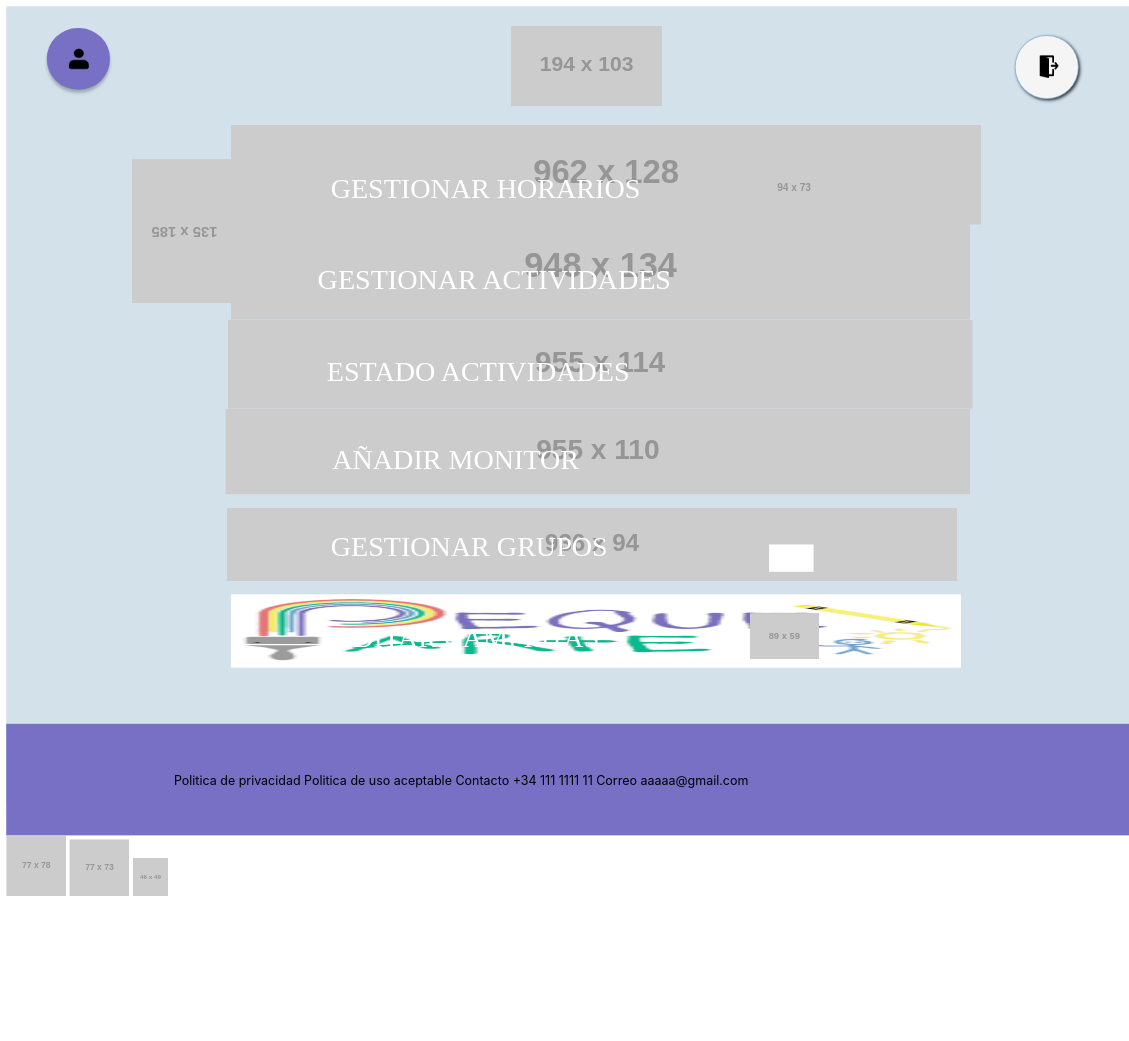
Repository: maariadomiingo/Proyecto-Integrador-Campamento
Page: html/interfaz_coordinador.html
An editor plug-in stored every save of this project. The page is shown before and after the next save, followed by the edit.
The browser window is 1280 px wide. The page is 1448 px wide, so the pictures cover 1448 px, including what lies to the right of the window. The pictures show the whole page, at 78% of full size.

Above is the page before, as saved 2025-01-31 12:12:19.

After the next save:
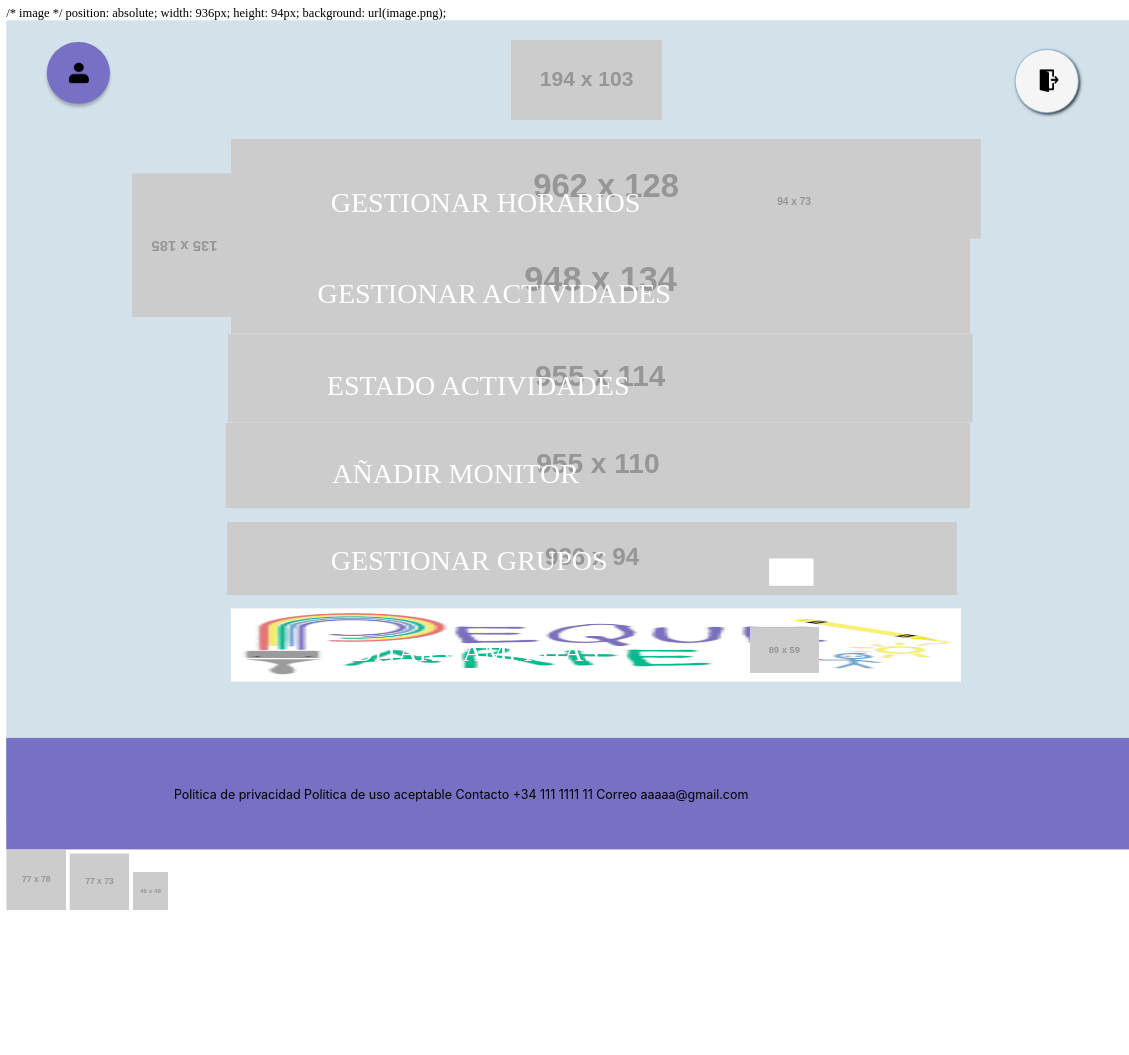
Saved 2 min 20 s later.
--- a/html/interfaz_coordinador.html
+++ b/html/interfaz_coordinador.html
@@ -6,6 +6,13 @@
   <title>Document</title>
 </head>
 <body>
+  /* image */
+
+position: absolute;
+width: 936px;
+height: 94px;
+
+background: url(image.png);
 
 
 <div style="width: 1440px; height: 1063px; position: relative; background: white">

After the save that followed:
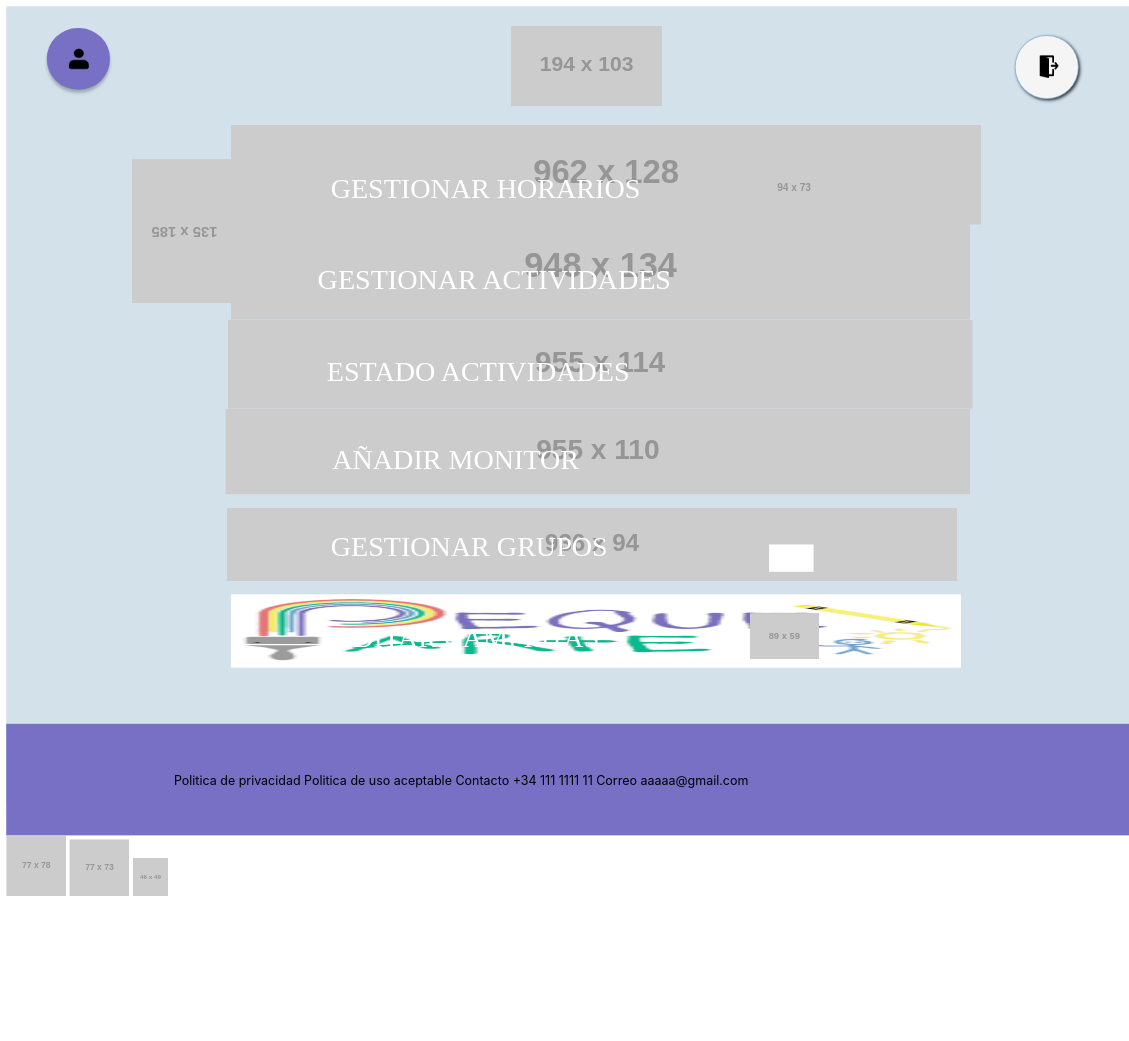
Saved 4 s later.
--- a/html/interfaz_coordinador.html
+++ b/html/interfaz_coordinador.html
@@ -6,13 +6,6 @@
   <title>Document</title>
 </head>
 <body>
-  /* image */
-
-position: absolute;
-width: 936px;
-height: 94px;
-
-background: url(image.png);
 
 
 <div style="width: 1440px; height: 1063px; position: relative; background: white">
